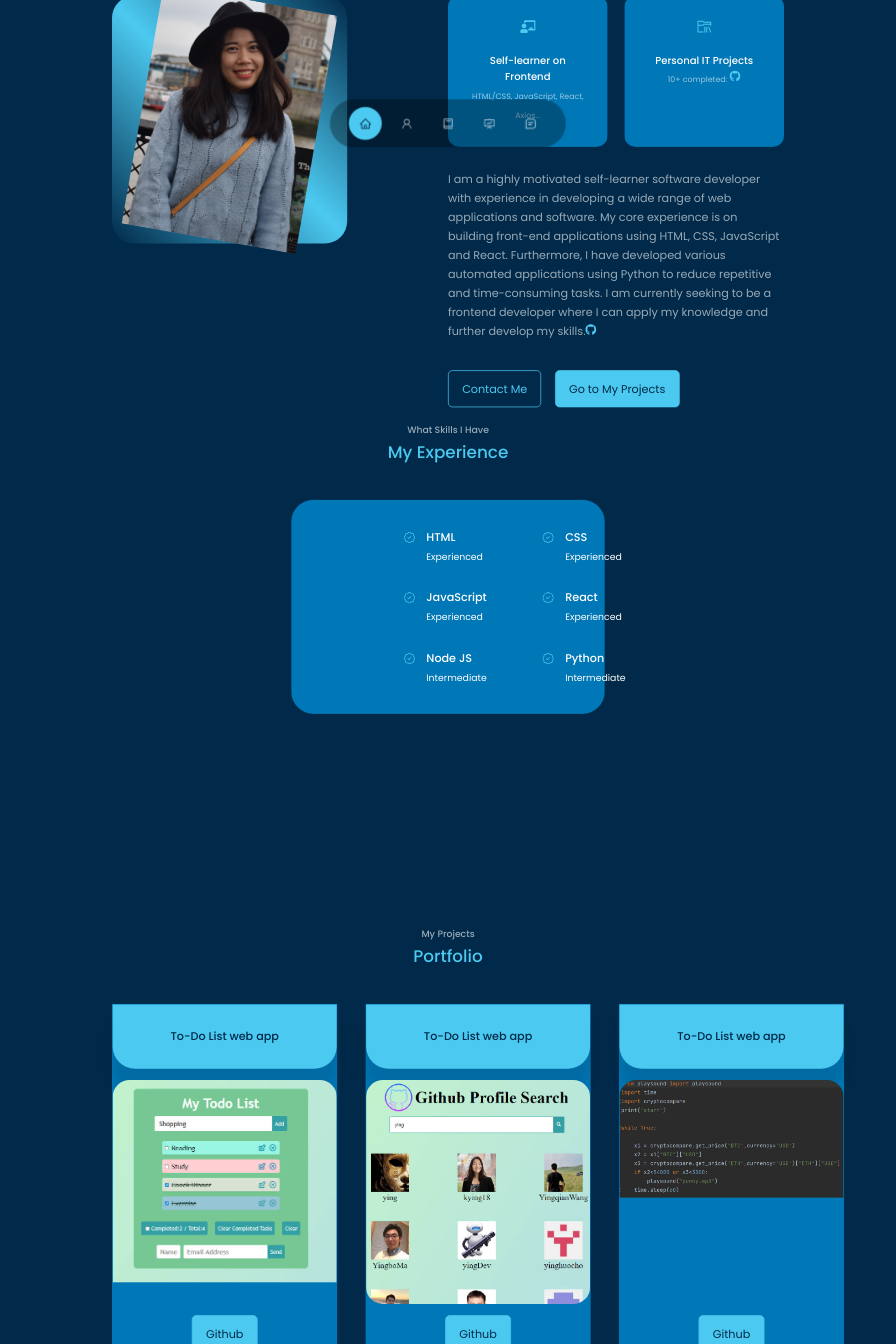
Repository: yingluo1020/react-portfolio-website
Page: /
An editor plug-in stored every save of this project. The page is shown before and after the next save, followed by the edit.
The browser window is 1280 px wide. The pictures show the part of the page from y = 477 to 2397 px (the page is 3663 px tall), at 70% of full size.
The project was rebuilt for these pictures with package versions that can differ from the ones it lists, and the page was loaded fresh each time. Imported but missing from the stored project, and not drawn on this page: src/assets/cv1.pdf.

Above is the page before, as saved 2022-03-16 09:48:05.

After the next save:
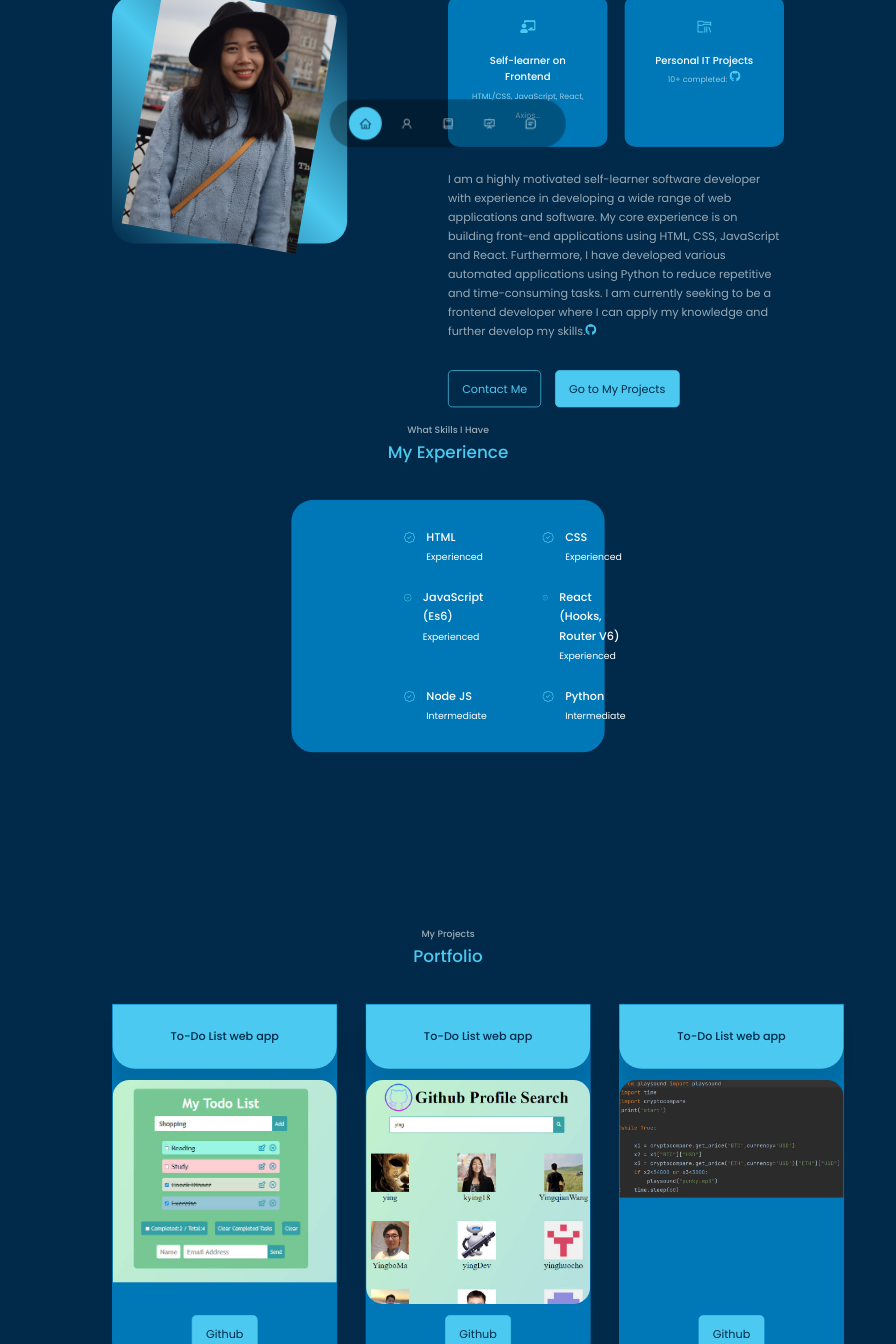
Saved 2 min 3 s later.
--- a/src/components/experience/Experience.js
+++ b/src/components/experience/Experience.js
@@ -10,7 +10,6 @@ function Experience() {
             <h2>My Experience</h2>
 
             <div className="container experience_container">
-
                 <div className="experience_content">
                     <article className='experience_details'>
                         <BsPatchCheck className='experience_details-icon' />
@@ -29,14 +28,14 @@ function Experience() {
                     <article className='experience_details'>
                         <BsPatchCheck className='experience_details-icon' />
                         <div>
-                            <h4>JavaScript</h4>
+                            <h4>JavaScript (Es6)</h4>
                             <small className='text_light'>Experienced</small>
                         </div>
                     </article>
                     <article className='experience_details'>
                         <BsPatchCheck className='experience_details-icon' />
                         <div>
-                            <h4>React</h4>
+                            <h4>React (Hooks, Router V6)</h4>
                             <small className='text_light'>Experienced</small>
                         </div>
                     </article>
